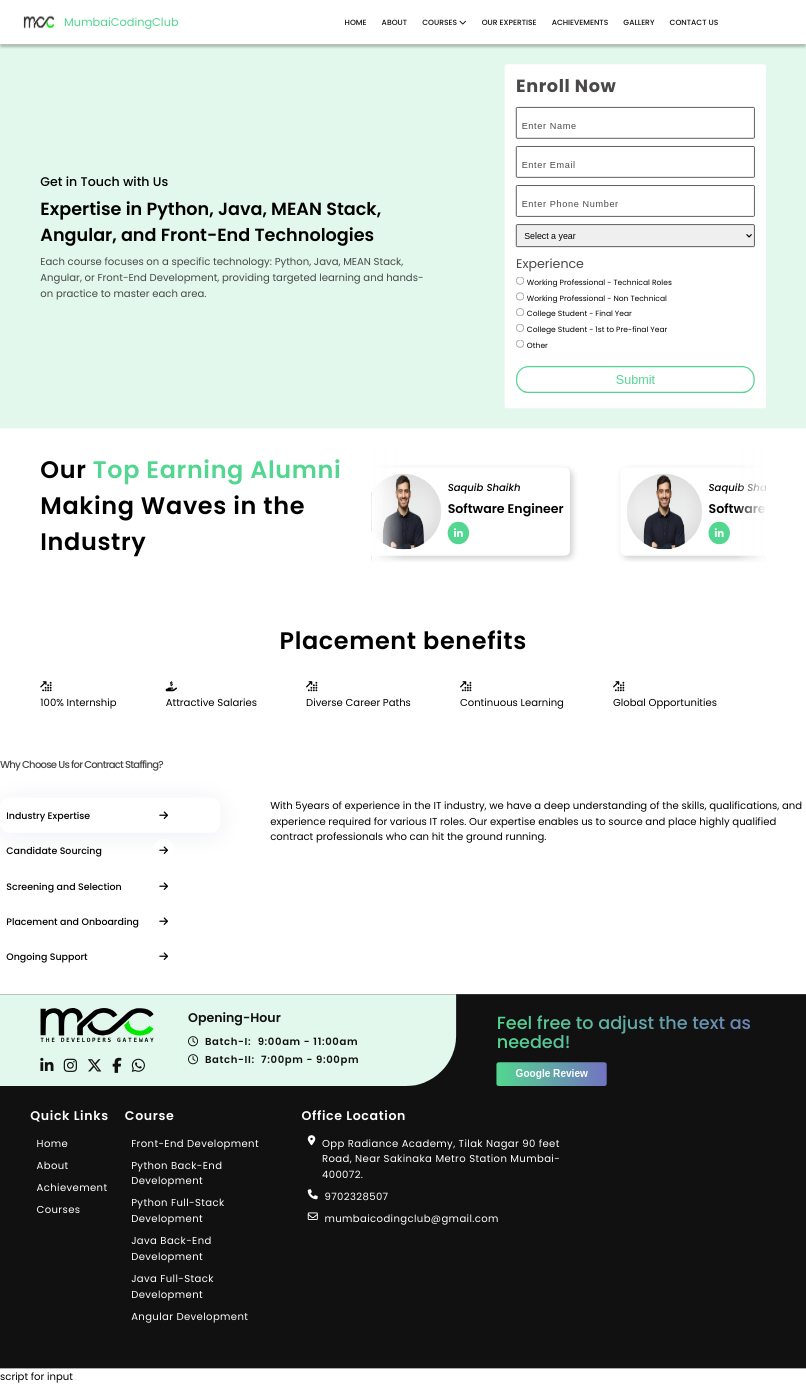
Repository: msmsa2001/mcc-theme
Page: contact.html
The author's editor kept a copy of each file at every save. The page is drawn from the files as they stood at one save, then again after the next save.
The browser window is 1280 px wide. The pictures show the whole page, at 63% of full size.
Pictures or frames that could not be fetched are drawn as grey boxes.

Above is the page before, as saved 2024-07-26 04:19:10.
Console error: TypeError: Cannot read properties of null (reading 'querySelector')

### contact.html
<!DOCTYPE html>
<html lang="en">
<head>
    <meta charset="UTF-8">
    <meta name="viewport" content="width=device-width, initial-scale=1.0">
    <title>Contact</title>
    <link rel="stylesheet" href="global.css">
    <link rel="stylesheet" href="contact.css">
    <link rel="stylesheet" href="https://cdnjs.cloudflare.com/ajax/libs/font-awesome/6.5.2/css/all.min.css" integrity="sha512-SnH5WK+bZxgPHs44uWIX+LLJAJ9/2PkPKZ5QiAj6Ta86w+fsb2TkcmfRyVX3pBnMFcV7oQPJkl9QevSCWr3W6A==" crossorigin="anonymous" referrerpolicy="no-referrer" />

</head>
<body>
    <nav>
        <div class="wrapper-nav">
            <div class="logo"><a href="index.html"><img src="assests/favicon.png" alt="">MumbaiCodingClub</a></div>
            <input type="radio" name="slider" id="menu-btn">
            <input type="radio" name="slider" id="close-btn">
            <ul class="nav-links">
                <label for="close-btn" class="btn close-btn"><i class="fas fa-times"></i></label>
                <li><a href="index.html">HOME</a></li>
                <li><a href="about.html">ABOUT</a></li>
                <li>
                    <a href="#" class="desktop-item">COURSES <i class="fa-solid fa-chevron-down"></i></a>
                    <input type="checkbox" id="showServicesDrop">
                    <label for="showServicesDrop" class="mobile-item">COURSES</label>
                    <ul class="drop-menu">
                        <li><a href="course.html">Front-End Development</a></li>
                        <li><a href="xI.html">Back-End Python Development</a></li>
                        <li><a href="xII.html">Full-Stack Python Development</a></li>
                        <li><a href="neet.html">Angular</a></li>
                        <li><a href="dropers.html">Back-End Java Development</a></li>
                        <li><a href="Integrated.html">Full-Stack Java Development</a></li>
                        <li><a href="repeater.html">MEAN</a></li>
                    </ul>
                </li>
                <li><a href="gallery.html">Our Expertise</a></li>
                <li><a href="achievement.html">ACHIEVEMENTS</a></li>
                <li><a href="gallery.html">GALLERY</a></li>
                <li><a href="contact.html">CONTACT US</a></li>
            </ul>
            <label for="menu-btn" class="btn menu-btn"><i class="fas fa-bars"></i></label>
        </div>
    </nav>

    <div class="container1">
        <div class="sec1">
            <h3>Get in Touch with Us</h3>
            <h1>Expertise in Python, Java, MEAN Stack, Angular, and Front-End Technologies</h1>
            <p>Each course focuses on a specific technology: Python, Java, MEAN Stack, Angular, or Front-End Development, providing targeted learning and hands-on practice to master each area.

            </p>
        </div>
        <div class="sec2">
            <form action="">
                <h2>Enroll Now</h2>
                <input type="text" name="fullname" id="name" placeholder="Enter Name">
                <input type="email" name="email" id="email" placeholder="Enter Email">
                <input type="phone" name="phone" id="phone" placeholder="Enter Phone Number">
                <select id="year" name="year">
                    <option value="" disabled selected>Select a year</option>
                </select>
                <div class="experience">
                    <label id="experience">Experience</label>
                    <div class="radio-sec">
                    <input type="radio" name="experience" id="tech_role" value="Working Professional - Technical Roles">
                    <label for="">Working Professional - Technical Roles</label>
                </div>

                <div class="radio-sec">
                    <input type="radio" name="experience" id="none_tect_role" value="Working Professional - Non Technical">
                    <label for="">Working Professional - Non Technical</label>
                </div>

                <div class="radio-sec">
                    <input type="radio" name="experience" id="final_year" value="College Student - Final Year">
                    <label for="">College Student - Final Year</label>
                </div>

                <div class="radio-sec">
                    <input type="radio" name="experience" id="pre-finale_year" value="College Student - 1st to Pre-final Year">
                    <label for="">College Student - 1st to Pre-final Year</label>
                </div>
                <div class="radio-sec">
                    <input type="radio" name="experience" id="other" value="Other">
                    <label for="">Other</label>
                </div>

                </div>

                <button>Submit</button>

            </form>
        </div>
    </div>

    <div class="container2">
        <div class="title">
            <p>Our <span style="color: var(--text-color);">Top Earning Alumni<br></span> Making Waves in the <br>Industry</p>
        </div>
    <div class="logos">
        <div class="logos-slide">

            <div class="card1">
                <img src="assests/person.jpg" alt="">
                <div class="content">
                    <p class="name">Saquib Shaikh</p>
                    <p class="designation">Software Engineer</p>
                    <a href=""><i class="fa-brands fa-linkedin-in"></i></a>
                </div>
            </div>

            <div class="card1">
                <img src="assests/person.jpg" alt="">
                <div class="content">
                    <p class="name">Saquib Shaikh</p>
                    <p class="designation">Software Engineer</p>
                    <a href=""><i class="fa-brands fa-linkedin-in"></i></a>
                </div>
            </div>


            <div class="card1">
                <img src="assests/person.jpg" alt="">
                <div class="content">
                    <p class="name">Saquib Shaikh</p>
                    <p class="designation">Software Engineer</p>
                    <a href=""><i class="fa-brands fa-linkedin-in"></i></a>
                </div>
            </div>


            <div class="card1">
                <img src="assests/person.jpg" alt="">
                <div class="content">
                    <p class="name">Saquib Shaikh</p>
                    <p class="designation">Software Engineer</p>
                    <a href=""><i class="fa-brands fa-linkedin-in"></i></a>
                </div>
            </div>


            <div class="card1">
                <img src="assests/person.jpg" alt="">
                <div class="content">
                    <p class="name">Saquib Shaikh</p>
                    <p class="designation">Software Engineer</p>
                    <a href=""><i class="fa-brands fa-linkedin-in"></i></a>
                </div>
            </div>

            <div class="card1">
                <img src="assests/person.jpg" alt="">
                <div class="content">
                    <p class="name">Saquib Shaikh</p>
                    <p class="designation">Software Engineer</p>
                    <a href=""><i class="fa-brands fa-linkedin-in"></i></a>
                </div>
            </div>

            <div class="card1">
                <img src="assests/person.jpg" alt="">
                <div class="content">
                    <p class="name">Saquib Shaikh</p>
                    <p class="designation">Software Engineer</p>
                    <a href=""><i class="fa-brands fa-linkedin-in"></i></a>
                </div>
            </div>

            <div class="card1">
                <img src="assests/person.jpg" alt="">
                <div class="content">
                    <p class="name">Saquib Shaikh</p>
                    <p class="designation">Software Engineer</p>
                    <a href=""><i class="fa-brands fa-linkedin-in"></i></a>
                </div>
            </div>
        </div>
      </div>
    </div>

    <div class="container3">
        <h2 id="title">Placement benefits</h2>
        <div class="sec1">

            <div class="card">
                <i class="fa-solid fa-arrow-up-right-dots"></i>
                <p>100% Internship</p>
            </div>


            <div class="card">
                <i class="fa-solid fa-hand-holding-dollar"></i>
                <p>Attractive Salaries</p>
            </div>

            <div class="card">
                <i class="fa-solid fa-arrow-up-right-dots"></i>
                <p>Diverse Career Paths</p>
            </div>

            <div class="card">
                <i class="fa-solid fa-arrow-up-right-dots"></i>
                <p>Continuous Learning</p>
            </div>


            <div class="card">
                <i class="fa-solid fa-arrow-up-right-dots"></i>
                <p>Global Opportunities</p>
            </div>

        </div>

    </div>
    <div class="container8">
        <p class="title">Why Choose Us for Contract Staffing?</p>
        <div class="inner-sec">
        <div class="sec-1">
            <div class="row1 tab-button active" data-tab="tab1" onclick="openTab('tab1')">
                <p class="content">Industry Expertise</p>
                <i class="fa-solid fa-arrow-right"></i>
            </div>
            <div class="row1 tab-button" data-tab="tab2" onclick="openTab('tab2')">
                <p class="content">Candidate Sourcing </p>
                <i class="fa-solid fa-arrow-right"></i>
            </div>
            <div class="row1 tab-button" data-tab="tab3" onclick="openTab('tab3')">
                <p class="content">Screening and Selection</p>
                <i class="fa-solid fa-arrow-right"></i>
            </div>
            <div class="row1 tab-button" data-tab="tab4" onclick="openTab('tab4')">
                <p class="content">Placement and Onboarding </p>
                <i class="fa-solid fa-arrow-right"></i>
            </div>
            <div class="row1 tab-button" data-tab="tab5" onclick="openTab('tab5')">
                <p class="content">Ongoing Support </p>
                <i class="fa-solid fa-arrow-right"></i>
            </div>
        </div>
        <div class="sec-2">
           <p id="tab1" class="tab active"> With 5years of experience in the IT industry, we have a deep understanding of the skills, qualifications, and experience required for various IT roles. Our expertise enables us to source and place highly qualified contract professionals who can hit the ground running.</p>
           <p id="tab2" class="tab">Leveraging our extensive network of IT professionals, we have access to a diverse talent pool comprising developers, engineers, analysts, project managers, and more. Whether you need temporary staff for a specific project or to cover peak workloads, we have the resources to meet your needs.</p>
           <p id="tab3" class="tab">We recognize the importance of agility and flexibility in today's fast-paced business environment. Our contract staffing solutions allow you to scale your workforce up or down quickly in response to changing business demands, without the long-term commitment of permanent hires.</p>
           <p id="tab4" class="tab">Contract staffing offers a cost-effective solution for managing fluctuating workloads and specialized projects. By hiring contract professionals on a temporary basis, you can avoid the overhead costs associated with full-time employees, such as benefits, training, and severance.</p>
           <p id="tab5" class="tab">Our streamlined recruitment process ensures a seamless experience from job requisition to candidate placement. We handle all aspects of the staffing process, including sourcing, screening, interviewing, onboarding, and payroll administration, allowing you to focus on your core business priorities.</p>
        </div>
    </div>
    </div>
    <footer>
        <div class="section1">
        <div class="content">
          <div class="sec">
            <div class="sec-logo">
            <img src="assests/logos/MCC logo.svg" alt="">
            <div class="row2">
              <i class="fa-brands fa-linkedin-in"></i>
              <i class="fa-brands fa-instagram"></i>
              <i class="fa-brands fa-x-twitter"></i>
              <i class="fa-brands fa-facebook-f"></i>
              <i class="fa-brands fa-whatsapp"></i>
            </div>
          </div>
            <div class="sec-content">
              <p>Opening-Hour</p>
              <div class="row"><i class="fa-regular fa-clock"></i> Batch-I: <span>9:00am - 11:00am </span>
              </div>
              <div class="row"><i class="fa-regular fa-clock"></i> Batch-II: <span>7:00pm - 9:00pm </span>
              </div>

            </div>
          </div>
        </div>
        <div class="google-review">
        <p>Feel free to adjust the text as needed!</p>
        <button>Google Review</button>
      </div>
      </div>

        <div class="links">
        <div class="col">
          <p>Quick Links</p>
          <ul>
            <li><a href="">Home</a></li>
            <li><a href="">About</a></li>
            <li><a href="">Achievement</a></li>
            <li><a href="">Courses</a></li>
          </ul>
        </div>

        <div class="col">
          <p>Course</p>
          <ul>
            <li><a href="">Front-End Development</a></li>
            <li><a href="">Python Back-End Development</a></li>
            <li><a href="">Python Full-Stack Development</a></li>
            <li><a href="">Java Back-End Development</a></li>
            <li><a href="">Java Full-Stack Development</a></li>
            <li><a href="">Angular Development</a></li>
          </ul>
        </div>

        <div class="col">
          <p>Office Location</p>
          <ul class="location">
            <li><a href=""><i class="fa-solid fa-location-dot"></i>
            <p>Opp Radiance Academy, Tilak Nagar 90 feet Road, Near Sakinaka Metro Station Mumbai-400072.</p></a></li>
            <li><a href=""><i class="fa-solid fa-phone"></i>9702328507</a></li>
            <li><a href=""><i class="fa-regular fa-envelope"></i>mumbaicodingclub@gmail.com</a></li>
          </ul>
        </div>
        <iframe src="https://www.google.com/maps/embed?pb=!1m18!1m12!1m3!1d7540.350352211677!2d72.88528653657487!3d19.099969516685178!2m3!1f0!2f0!3f0!3m2!1i1024!2i768!4f13.1!3m3!1m2!1s0x3be7c87a7b146d75%3A0x76380d8179575d82!2sLokmanya%20Tilak%20Nagar%2C%20Saki%20Naka%2C%20Mumbai%2C%20Maharashtra!5e0!3m2!1sen!2sin!4v1721714563501!5m2!1sen!2sin" width="300" height="400" style="border:0;" allowfullscreen="" loading="lazy" referrerpolicy="no-referrer-when-downgrade"></iframe>
      </footer>


      script for input
      <script>
        // Get all input fields
        const inputs = document.querySelectorAll('.input');

        // Add event listener to each input field
        inputs.forEach(input => {
            // When input field receives focus (typing begins)
            input.addEventListener('focus', function() {
                // Change bottom border color
                this.style.borderBottomColor = 'black';
                this.style.fontSize='12px'
            });

            // When input field loses focus (typing ends)
            input.addEventListener('blur', function() {
                // Change bottom border color back to default
                this.style.borderBottomColor = 'black';
            });
        });
    </script>

      <script>
        const startYear = 2000;
        const endYear = 2030;
        const yearDropdown = document.getElementById('year');

        for (let year = startYear; year <= endYear; year++) {
          const option = document.createElement('option');
          option.value = year;
          option.text = year;
          yearDropdown.appendChild(option);
        }
      </script>
      <script src="mcc.js"></script>
</body>
</html>

### contact.css
@import url('https://fonts.googleapis.com/css2?family=Poppins:ital,wght@0,100;0,200;0,300;0,400;0,500;0,600;0,700;0,800;0,900;1,100;1,200;1,300;1,400;1,500;1,600;1,700;1,800;1,900&display=swap');
*{
    margin: 0;
    padding: 0;
    box-sizing: border-box;
}
:root{
    --color1:#E8F7F2;
    --color2: #E2F8EC;
    --text-color:#53D690;
    --text-color2:#7273C1;
    --black-color:rgb(17, 17, 17);
    --font-size1: 20px;
    --font-size2:28px;
    --font-size3: 38px;
    --font-size4:14px;
    --font-size4:16px;
    --white-color1:#F7F1FD;
    --white-color2:rgba(255, 255, 255, 0.9);
    --black-color1:#363434e6;
}
body{
    overflow-x: hidden;
    font-family: 'poppins';
}

.container1{
    position: relative;
    background: var(--color2);
    display: flex;
    justify-content: center;
    align-items: center;
    /* height: 90vh; */
    padding: 2rem 4rem 2rem;
    gap: 2rem;
}
.container1 .sec1{
    padding-right: 5rem;
}
.container1 .sec1 h3{
    font-size: var(--font-size1);
    font-weight: 500;
}
.container1 .sec1 p{
    color: var(--black-color1);
    font-size: var(--font-size4);
}
.container1 .sec1 h1{
    font-size: var(--font-size2);
    font-weight: 600;
    margin: 8px 0;
}
.container1 .sec2 form{
    background: #fff;
    padding: 14px 18px;
    width: max-content;
    display: flex;
    flex-direction: column;
    gap: 12px;
    border-radius: 4px;
}
.container1 .sec2 form input, .container1 .sec2 form select{
    padding: 8px;
    border: 1px solid black;
    border-radius: 2px;
    font-size: 14px;
}
.container1 .sec2 form input::placeholder, .container1 .sec2 form select::placeholder,.container1 .sec2 form option{
    font-size: 14.50px;
    color: var(--black-color1);
}
.container1 .sec2 form input, .container1 .sec2 h2{
    letter-spacing: 1px;
    font-size: var(--font-size2);
    color: var(--black-color1);
}
.container1 .sec2 form .experience label{
    font-size: 12px;

}
.container1 .sec2 form #experience{
    font-size: var(--font-size1);
    color: var(--black-color1);
    margin: 15px 0;
}
.container1 .sec2 form button{
    width: auto;
    background: #fff;
    padding: 8px;
    border-radius: 20px;
    color: var(--text-color);
    font-size: 20px;
    margin: 10px 0;
    font-weight: 500;
    border: 2px solid var(--text-color);
    cursor: pointer;
}




.container2{
    display: grid;
    grid-template-columns: auto auto;
    gap: 3rem;
    padding: 2rem 4rem;
}
.container2 .title{
    display: flex;
    align-items: center;
}
.container2 .title p{
font-size: var(--font-size3);
letter-spacing: 1px;
font-weight: 600;
}
.logos {
    overflow: hidden;
    padding: 30px 0 0;
    background: white;
    white-space: nowrap;
    position: relative;
    display: grid;
    grid-template-columns: auto;
}

.logos .logos-slide .card1{
    background: #fff;
    box-shadow: 4px 4px 10px rgba(0, 0, 0, 0.2);
    padding: 10px;
    margin-bottom: 10px;
    display: flex;
    gap: 10px;
    border-radius: 8px;
}
.logos .logos-slide .card1 img{
    border-radius: 50%;
    width: 120px;
    height: 120px;
}
.logos .logos-slide .card1 .content{
    display: flex;
    justify-content: center;
    /* align-items: scenter; */
    flex-direction: column;
    gap: 6px;
}
.logos .logos-slide .card1 .content .name{
    font-size: var(--black-color1);
    font-style: italic;
    font-size: var(--font-size4);
    font-weight: 500;
}
.logos .logos-slide .card1 .content .designation{
    font-size: var(--black-color1);
    font-size: var(--font-size1);
    font-weight: 600;
}
.logos .logos-slide .card1 .content a i{
    color: #fff;
    background: var(--text-color);
    padding: 10px;
    border-radius: 50%;
}
.logos:before,
.logos:after {
    position: absolute;
    top: 0;
    width: 50px;
    height: 100%;
    content: "";
    z-index: 2;
}

.logos:before {
    left: 0;
    background: linear-gradient(to left, rgba(255, 255, 255, 0), white);
}

.logos:after {
    right: 0;
    background: linear-gradient(to right, rgba(255, 255, 255, 0), white);
}

.logos-slide {
    display: flex;
    width: max-content;
    animation: 35s slide infinite linear;
}

.card1 {
    display: inline-block;
    margin: 0 40px;
}

.card1 img {
    width: 170px;
}

@media screen and (max-width: 800px) {
    .card1 img {
        width: 150px;
        margin: 0 30px;
    }

    .logos:before {
        left: 0;
        background: none;
    }

    .logos:after {
        right: 0;
        background: none;
    }
}

@media screen and (max-width: 500px) {
    .card1 img {
        width: 90px;
        margin: 0 20px;
    }
}

@keyframes slide {
    0% {
        transform: translateX(0);
    }
    100% {
        transform: translateX(-100%);
    }
}

.container3{
    padding: 4rem;
}
.container3 #title{
    font-size: var(--font-size3);
    font-weight: 600;
    text-align: center;
    letter-spacing: 1px;
}
.container3 .sec1{
    display: grid;
    grid-template-columns: auto auto auto auto auto;
    margin-top: 2rem;
}
.container3 .sec1
.container8 {
    padding: 2.3rem 5rem 8rem 7rem;
  }
  .container8 .inner-sec {
    display: grid;
    grid-template-columns: auto auto;
    gap: 5rem;
    padding-bottom: 2rem;
  }
  .container8 .inner-sec .sec-1 .row1 {
    display: flex;
    align-items: center;
    justify-content: space-between;
    gap: 1.4rem;
    padding: 10px 4.5rem 10px 10px;
    transition: all 0.2s;
    cursor: pointer;
  }
  .container8 .inner-sec .sec-1 .row1 i {
    background-color: #fff;
    padding: 10px;
    border-radius: 50%;
    font-size: 16px;
  }
  .container8 .inner-sec .row1 .content {
    font-size: 15px;
    font-weight: 500;
    color: #000000;
  }
  .container8 .title {
    color: var(--black-color1);
    font-size: var(--titleSize);
    font-weight: 500;
    line-height: 45px;
    letter-spacing: -1.2px;
    padding: 0 2rem 30px 0;
  }
  .container8 .inner-sec .sec-2 .para {
    color: #000;
    font-size: 18px;
    line-height: 34px;
  }
  .container8 .inner-sec .sec-1 .row1:hover {
    background-color: #fff;
    border-radius: 14px;
    box-shadow: 0 4px 40px 0 rgba(1, 41, 112, 0.08);
  }
  .tab {
    display: none;
  }
  .tab.active {
    display: block;
  }
  .tab-button.active {
    box-shadow: 0 4px 40px 0 rgba(1, 41, 112, 0.08);
    background-color: #fff;
    border-radius: 14px;

  }
  .tab-button {
    cursor: pointer;
  }
  .tab-container {
    margin-bottom: 20px;
  }

Loaded but not shown: mcc.js (65 lines, source omitted); global.css (432 lines, source omitted)

After the next save:
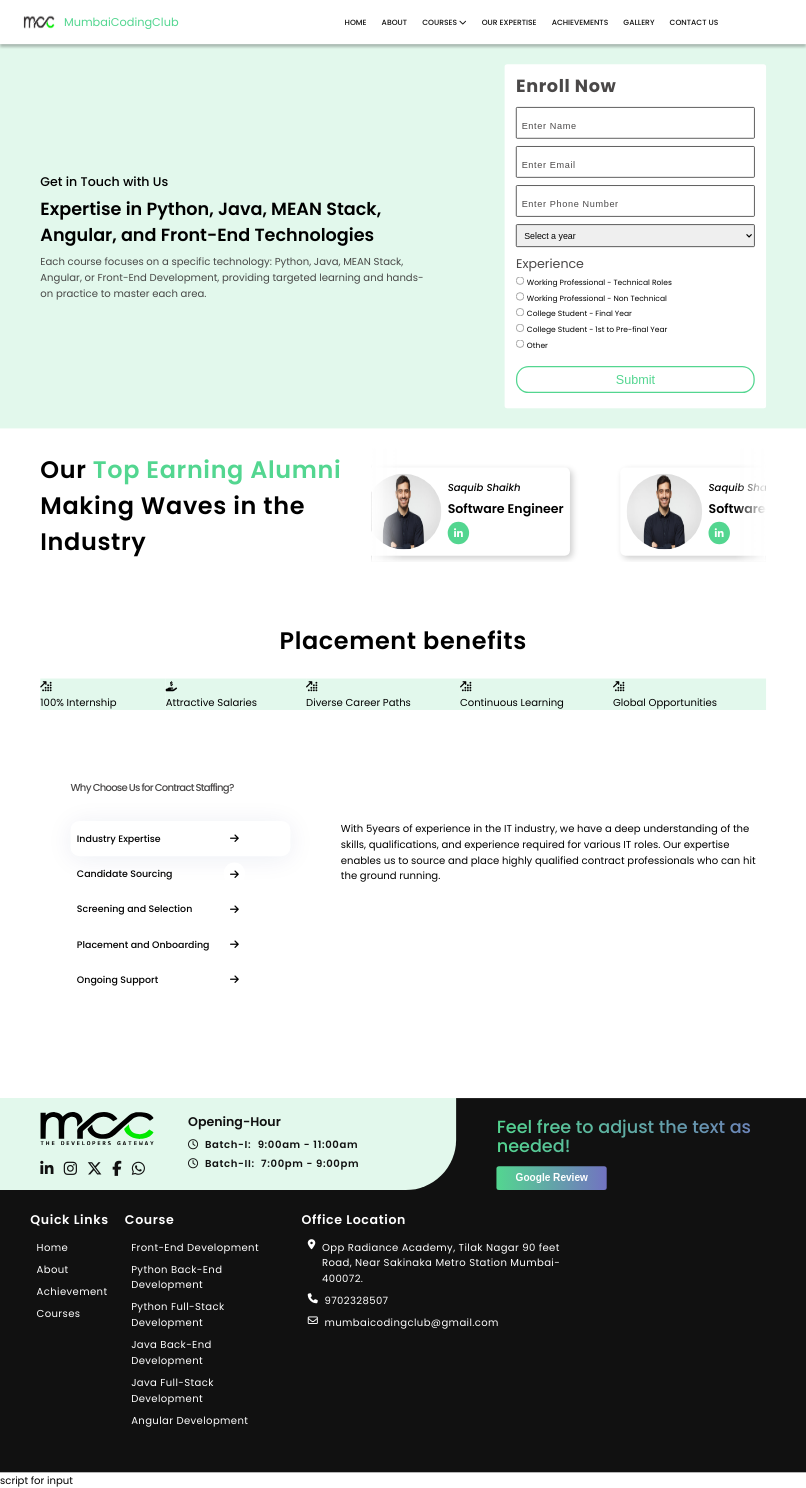
Saved 2 min 24 s later.
--- a/contact.css
+++ b/contact.css
@@ -244,7 +244,9 @@ font-weight: 600;
     grid-template-columns: auto auto auto auto auto;
     margin-top: 2rem;
 }
-.container3 .sec1
+.container3 .sec1 .card{
+    background: var(--color2);
+}
 .container8 {
     padding: 2.3rem 5rem 8rem 7rem;
   }
